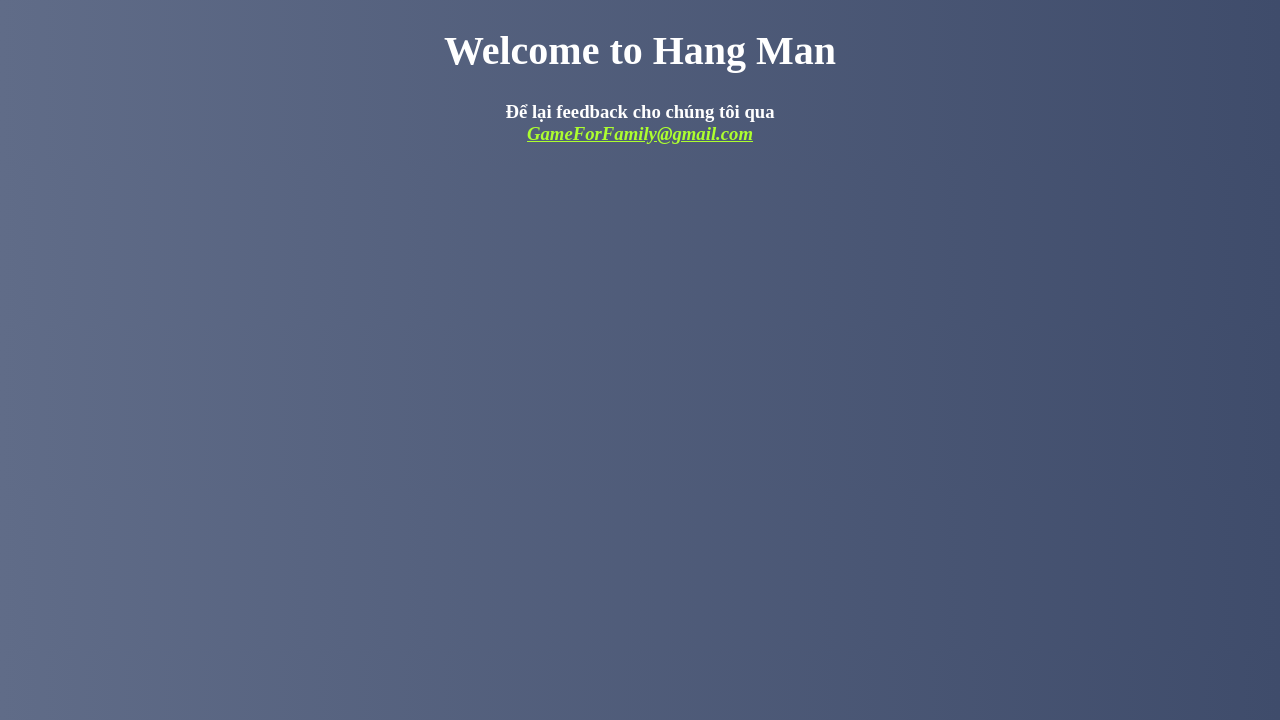
Repository: Darkingfired/Game
Page: hangman.html
These files come from the project's save history. The page is drawn as it stood at one moment and after the next save; the edit follows.
The browser window is 1280 px wide. The pictures show the whole page.

Above is the page before, as saved 2022-10-05 12:58:47.

After the next save:
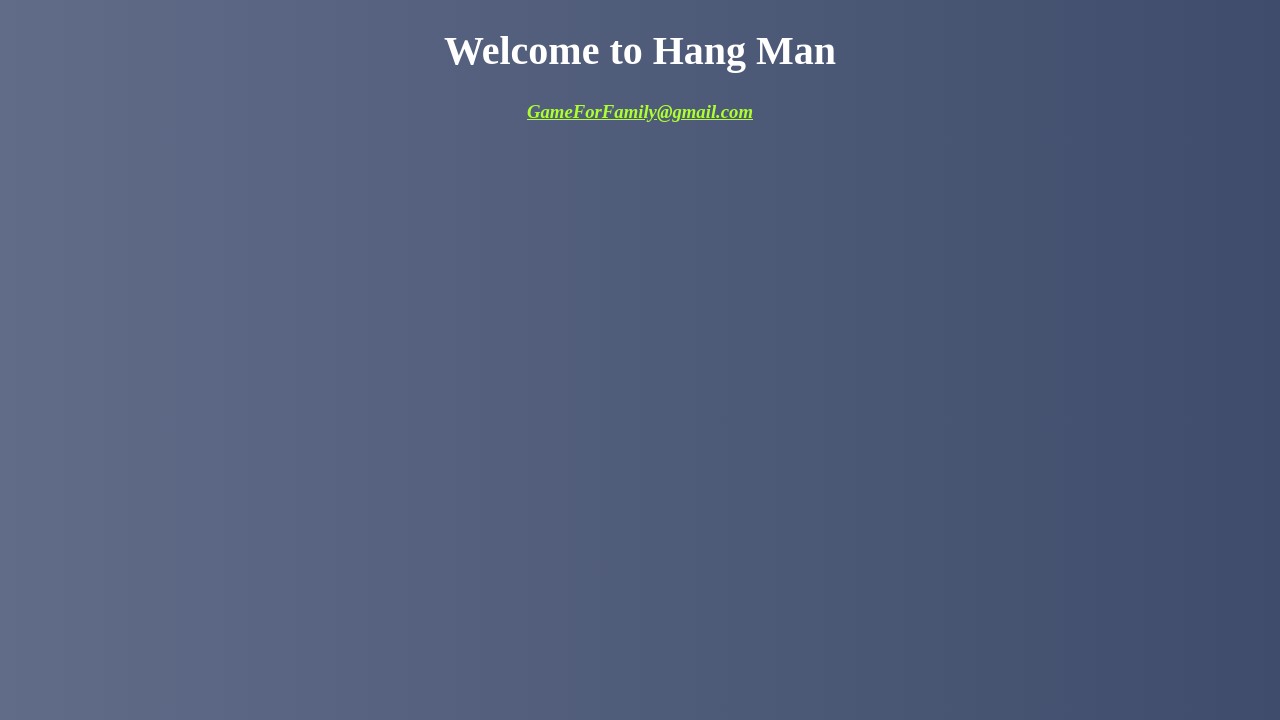
Saved 11 s later.
--- a/hangman.html
+++ b/hangman.html
@@ -11,6 +11,6 @@
 <body>
     <h1>Welcome to Hang Man</h1>
     <h2></h2>
-    <h3>Để lại feedback cho chúng tôi qua<address><a href="mailto:">GameForFamily@gmail.com</a></address></h3>
+    <h3><address><a href="mailto:">GameForFamily@gmail.com</a></address></h3>
 </body>
 </html>
